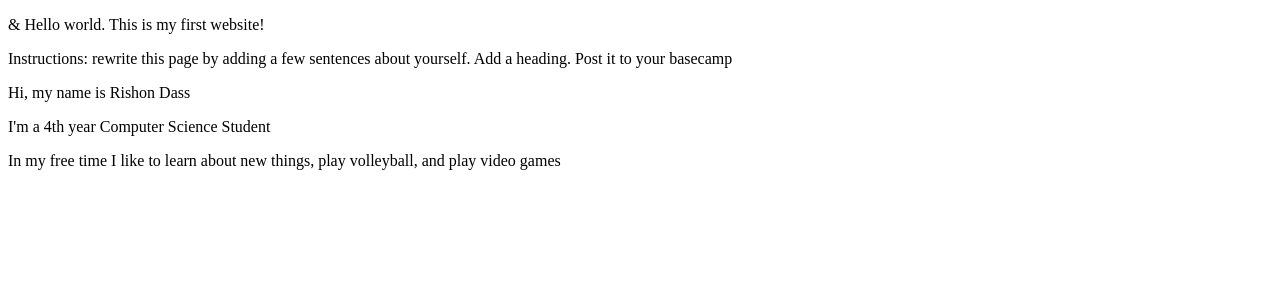
Repository: rishondass/ITMD361-Lab1
Page: lab1.html
The author's editor kept a copy of each file at every save. The page is drawn from the files as they stood at one save, then again after the next save.
The browser window is 1280 px wide. The pictures show the whole page.

Above is the page before, as saved 2023-01-13 13:36:54.

### lab1.html
<!DOCTYPE html>
<html lang="en">
<head>
	<meta charset="UTF-8">
	<title>ITMD-361 Internet Technologies and Web Design</title>
</head>
<body>
  <p>&amp; Hello world. This is my first website!</p>
  <p>Instructions: rewrite this page by adding a few sentences about yourself. Add a heading. Post it to your basecamp</p>

  <p>Hi, my name is Rishon Dass</p>
  <p>I'm a 4th year Computer Science Student</p>
  <p>In my free time I like to learn about new things, play volleyball, and play video games </p>
</body>
</html>

After the next save:
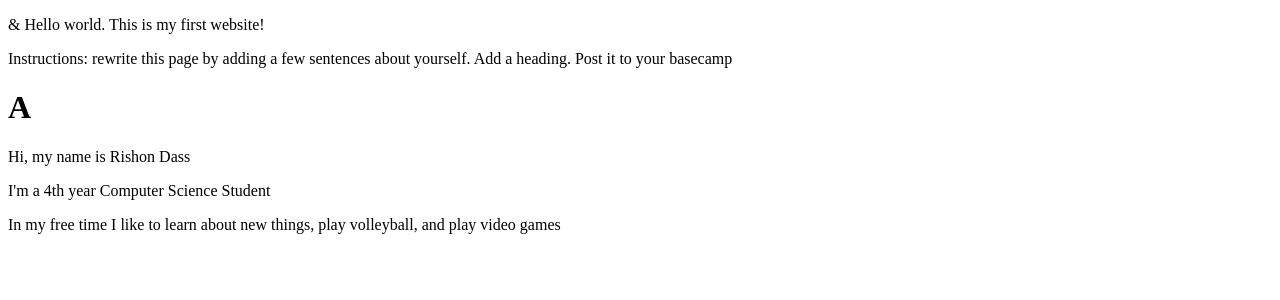
Saved 21 s later.
--- a/lab1.html
+++ b/lab1.html
@@ -8,6 +8,7 @@
   <p>&amp; Hello world. This is my first website!</p>
   <p>Instructions: rewrite this page by adding a few sentences about yourself. Add a heading. Post it to your basecamp</p>
 
+  <h1>A</h1>
   <p>Hi, my name is Rishon Dass</p>
   <p>I'm a 4th year Computer Science Student</p>
   <p>In my free time I like to learn about new things, play volleyball, and play video games </p>
